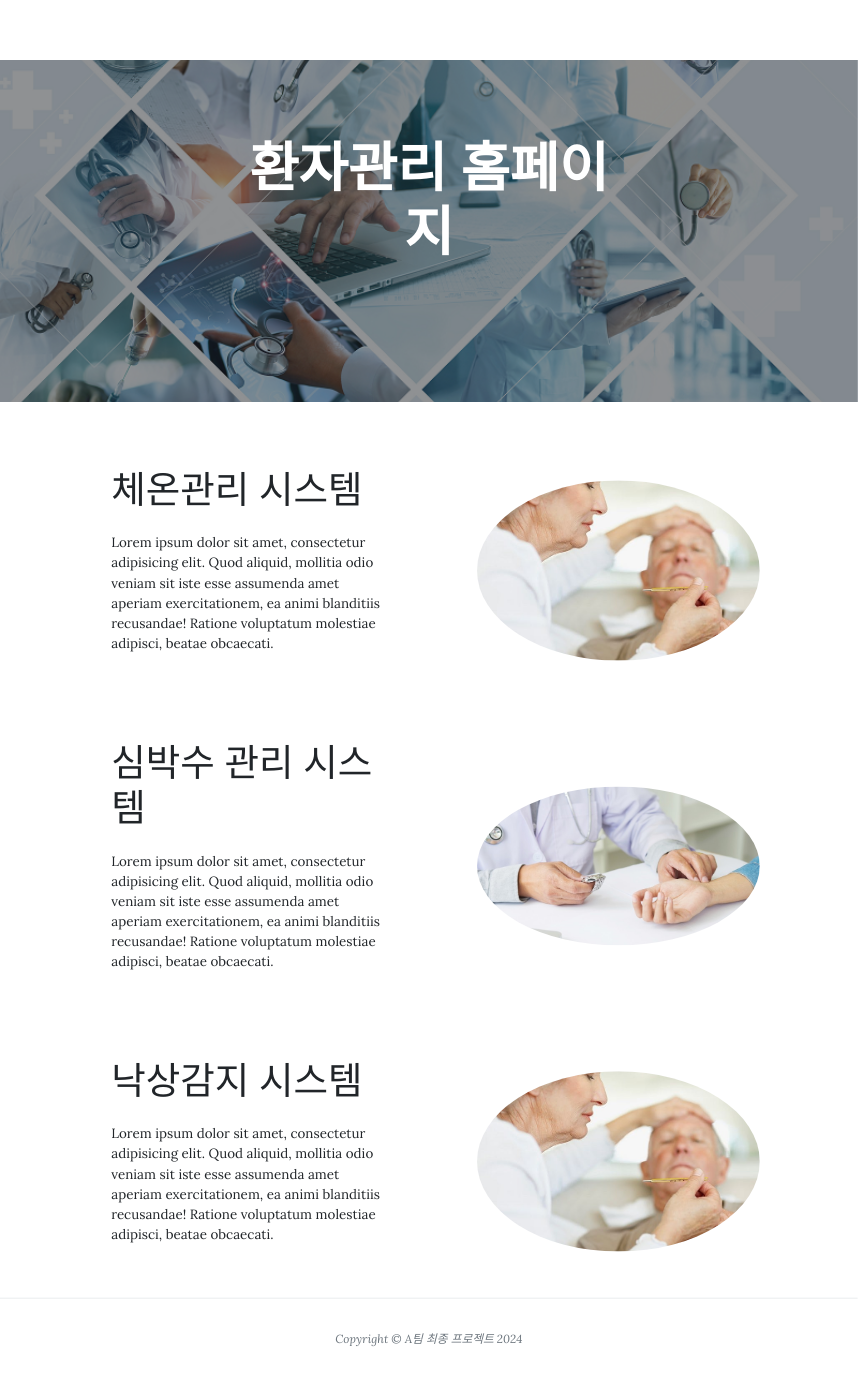
Repository: honsb91/project
Page: http://localhost/hospital/main.jsp
The author's editor kept a copy of each file at every save. The page is drawn from the files as they stood at one save, then again after the next save.
The browser window is 1280 px wide. The pictures show the whole page, at 67% of full size.
Some web libraries are served in a nearby version. The page is served by Tomcat 9. Nobody is signed in. The application's start-up code is not run. Other server files are loaded and not shown.

Above is the page before, as saved 2024-01-24 03:35:58.

### hospital/src/main/webapp/main.jsp
<%@ page language="java" contentType="text/html; charset=UTF-8"
	pageEncoding="UTF-8"%>
<!DOCTYPE html>
<html>
<head>
<meta charset="UTF-8">
<title>Insert title here</title>
<head>
<meta charset="utf-8" />
<meta name="viewport"
	content="width=device-width, initial-scale=1, shrink-to-fit=no" />
<meta name="description" content="" />
<meta name="author" content="" />
<title>Clean Blog - Start Bootstrap Theme</title>
<link rel="icon" type="image/x-icon" href="resources/assets/favicon.ico" />
<!-- Font Awesome icons (free version)-->
<script src="https://use.fontawesome.com/releases/v6.3.0/js/all.js"
	crossorigin="anonymous"></script>
<!-- Google fonts-->
<link
	href="https://fonts.googleapis.com/css?family=Lora:400,700,400italic,700italic"
	rel="stylesheet" type="text/css" />
<link
	href="https://fonts.googleapis.com/css?family=Open+Sans:300italic,400italic,600italic,700italic,800italic,400,300,600,700,800"
	rel="stylesheet" type="text/css" />
<!-- Core theme CSS (includes Bootstrap)-->
<link href="resources/css/styles.css" rel="stylesheet" />
</head>
<body>
	<!-- Navigation-->
	<nav class="navbar navbar-expand-lg navbar-light" id="mainNav">
		<div class="container px-4 px-lg-5">
			<a class="navbar-brand" href="index.html">환자관리</a>
			<button class="navbar-toggler" type="button"
				data-bs-toggle="collapse" data-bs-target="#navbarResponsive"
				aria-controls="navbarResponsive" aria-expanded="false"
				aria-label="Toggle navigation">
				Menu <i class="fas fa-bars"></i>
			</button>
			<div class="collapse navbar-collapse" id="navbarResponsive">
				<ul class="navbar-nav ms-auto py-4 py-lg-0">
					<li class="nav-item"><a class="nav-link px-lg-3 py-3 py-lg-4" href="main">Home</a></li>
					<li class="nav-item"><a class="nav-link px-lg-3 py-3 py-lg-4" href="about.html">공지사항</a></li>
					<li class="nav-item"><a class="nav-link px-lg-3 py-3 py-lg-4" href="post.html">자주묻는질문</a></li>
					<li class="nav-item"><a class="nav-link px-lg-3 py-3 py-lg-4" href="member/login">로그인</a></li>
					<li class="nav-item"><a class="nav-link px-lg-3 py-3 py-lg-4" href="member/join">회원가입</a></li>
				</ul>
			</div>
		</div>
	</nav>
	<!-- Page Header-->
	<header class="masthead"
		style="background-image: url('resources/assets/img/test4.png')">
		<div class="container position-relative px-4 px-lg-5">
			<div class="row gx-4 gx-lg-5 justify-content-center">
				<div class="col-md-10 col-lg-8 col-xl-7">
					<div class="site-heading">
						<h1>환자관리 홈페이지</h1>
					</div>
				</div>
			</div>
		</div>
	</header>
	<!-- Main Content-->
	<section id="scroll">
            <div class="container px-5">
                <div class="row gx-5 align-items-center">
                    <div class="col-lg-6 order-lg-2">
                        <div class="p-5"><img class="img-fluid rounded-circle" src="resources/assets/img/ok8.jpg" alt="..."></div>
                    </div>
                    <div class="col-lg-6 order-lg-1">
                        <div class="p-5">
                            <h2 class="display-4">체온관리 시스템</h2>
                            <p>Lorem ipsum dolor sit amet, consectetur adipisicing elit. Quod aliquid, mollitia odio veniam sit iste esse assumenda amet aperiam exercitationem, ea animi blanditiis recusandae! Ratione voluptatum molestiae adipisci, beatae obcaecati.</p>
                        </div>
                    </div>
                </div>
                <div class="row gx-5 align-items-center">
                    <div class="col-lg-6 order-lg-2">
                        <div class="p-5"><img class="img-fluid rounded-circle" src="resources/assets/img/ok9.jpg" alt="..."></div>
                    </div>
                    <div class="col-lg-6 order-lg-1">
                        <div class="p-5">
                            <h2 class="display-4">심박수 관리 시스템</h2>
                            <p>Lorem ipsum dolor sit amet, consectetur adipisicing elit. Quod aliquid, mollitia odio veniam sit iste esse assumenda amet aperiam exercitationem, ea animi blanditiis recusandae! Ratione voluptatum molestiae adipisci, beatae obcaecati.</p>
                        </div>
                    </div>
                </div>
                <div class="row gx-5 align-items-center">
                    <div class="col-lg-6 order-lg-2">
                        <div class="p-5"><img class="img-fluid rounded-circle" src="resources/assets/img/ok8.jpg" alt="..."></div>
                    </div>
                    <div class="col-lg-6 order-lg-1">
                        <div class="p-5">
                            <h2 class="display-4">낙상감지 시스템</h2>
                            <p>Lorem ipsum dolor sit amet, consectetur adipisicing elit. Quod aliquid, mollitia odio veniam sit iste esse assumenda amet aperiam exercitationem, ea animi blanditiis recusandae! Ratione voluptatum molestiae adipisci, beatae obcaecati.</p>
                        </div>
                    </div>
                </div>
            </div>
        </section>
	<!-- Footer-->
	<footer class="border-top">
		<div class="container px-4 px-lg-5">
			<div class="row gx-4 gx-lg-5 justify-content-center">
				<div class="col-md-10 col-lg-8 col-xl-7">
					<div class="small text-center text-muted fst-italic">Copyright
						&copy; A팀 최종 프로젝트 2024</div>
				</div>
			</div>
		</div>
	</footer>
	<!-- Bootstrap core JS-->
	<script
		src="https://cdn.jsdelivr.net/npm/bootstrap@5.2.3/dist/js/bootstrap.bundle.min.js"></script>
	<!-- Core theme JS-->
	<script src="js/scripts.js"></script>
</body>
</html>

### hospital/src/main/webapp/resources/js/scripts.js
/*!
* Start Bootstrap - Clean Blog v6.0.9 (https://startbootstrap.com/theme/clean-blog)
* Copyright 2013-2023 Start Bootstrap
* Licensed under MIT (https://github.com/StartBootstrap/startbootstrap-clean-blog/blob/master/LICENSE)
*/
window.addEventListener('DOMContentLoaded', () => {
    let scrollPos = 0;
    const mainNav = document.getElementById('mainNav');
    const headerHeight = mainNav.clientHeight;
    window.addEventListener('scroll', function() {
        const currentTop = document.body.getBoundingClientRect().top * -1;
        if ( currentTop < scrollPos) {
            // Scrolling Up
            if (currentTop > 0 && mainNav.classList.contains('is-fixed')) {
                mainNav.classList.add('is-visible');
            } else {
                console.log(123);
                mainNav.classList.remove('is-visible', 'is-fixed');
            }
        } else {
            // Scrolling Down
            mainNav.classList.remove(['is-visible']);
            if (currentTop > headerHeight && !mainNav.classList.contains('is-fixed')) {
                mainNav.classList.add('is-fixed');
            }
        }
        scrollPos = currentTop;
    });
})

Loaded but not shown: hospital/src/main/webapp/resources/css/styles.css (library)

After the next save:
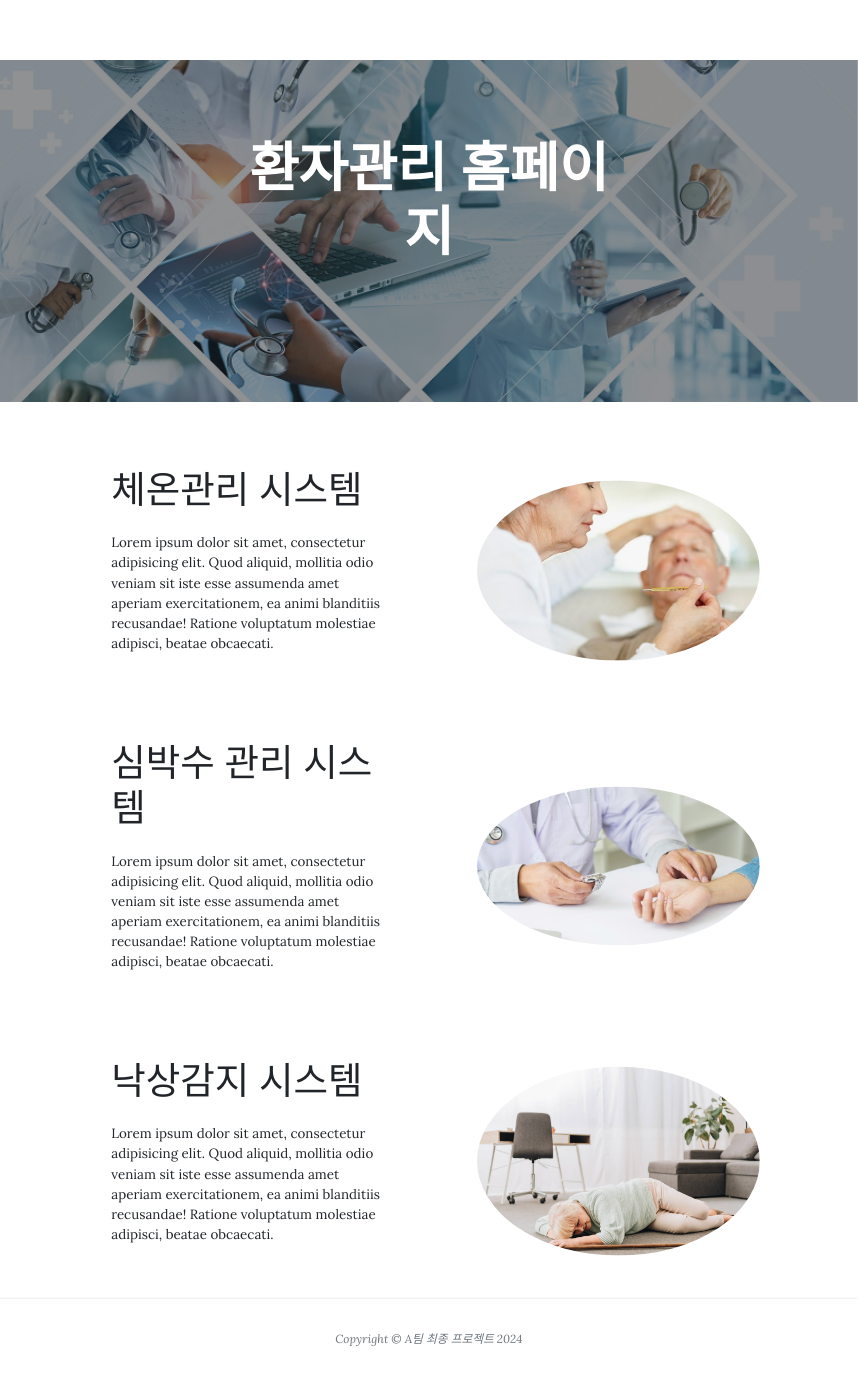
Saved 3 s later.
--- a/hospital/src/main/webapp/main.jsp
+++ b/hospital/src/main/webapp/main.jsp
@@ -88,7 +88,7 @@
                 </div>
                 <div class="row gx-5 align-items-center">
                     <div class="col-lg-6 order-lg-2">
-                        <div class="p-5"><img class="img-fluid rounded-circle" src="resources/assets/img/ok8.jpg" alt="..."></div>
+                        <div class="p-5"><img class="img-fluid rounded-circle" src="resources/assets/img/ok11.jpg" alt="..."></div>
                     </div>
                     <div class="col-lg-6 order-lg-1">
                         <div class="p-5">
